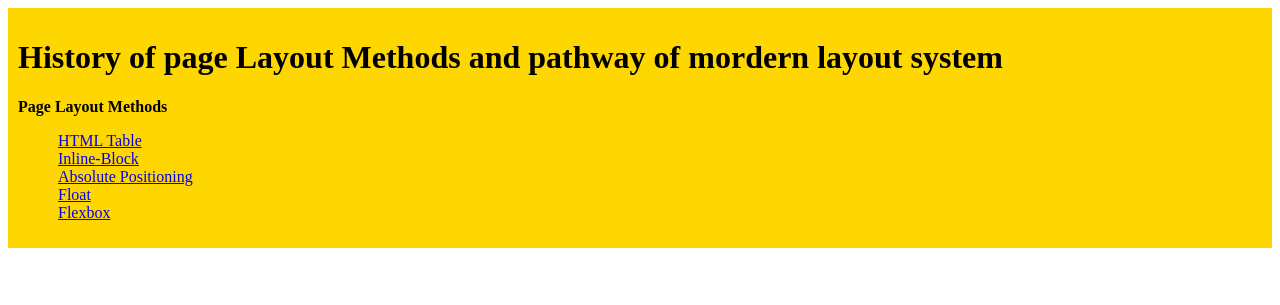
Repository: aniatot/CSS_KT
Page: 4 Display Flex/index.html
These files come from the project's save history. The page is drawn as it stood at one moment and after the next save; the edit follows.
The browser window is 1280 px wide. The pictures show the whole page.

Above is the page before, as saved 2023-10-18 21:33:51.

### 4 Display Flex/index.html
<!DOCTYPE html>
<html lang="en">

<head>
  <meta charset="UTF-8">
  <meta name="viewport" content="width=device-width, initial-scale=1.0">
  <title>Column Layout Methods</title>
  <style>
    p {
      padding: 0;
      margin: 0;
      font-weight: 700;
    }

    li {
      list-style: none;
    }

    .container {
      padding: 10px;
      background-color: gold;
    }

  </style>
</head>

<body>
  <div class="container">
    <h1>History of page Layout Methods and pathway of mordern layout system</h1>
    <p>Page Layout Methods</p>
  <ul>
    <li><a href="./html-table.html">HTML Table</a></li>
    <li><a href="./inline-block.html">Inline-Block</li>
    <li><a href="./absolute-position.html">Absolute Positioning</li>
    <li><a href="./float.html">Float</li>
    <li><a href="./flex.html">Flexbox</li>
  </ul>
  </div>
</body>

</html>

After the next save:
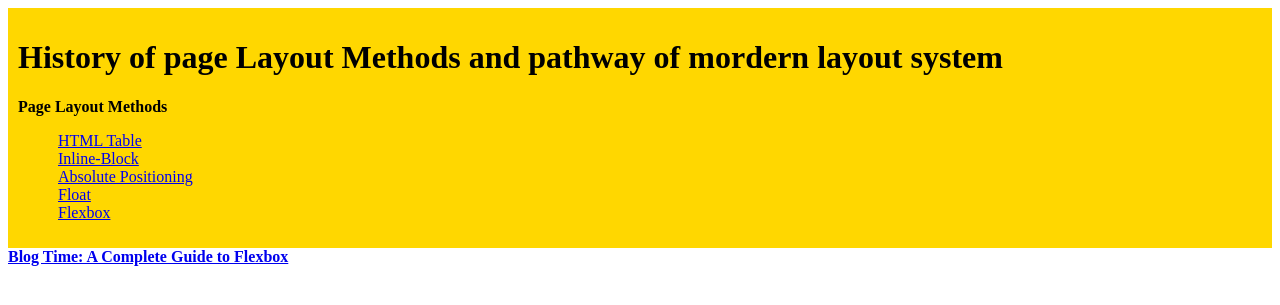
Saved 2 min 59 s later.
--- a/4 Display Flex/index.html
+++ b/4 Display Flex/index.html
@@ -36,6 +36,7 @@
     <li><a href="./flex.html">Flexbox</li>
   </ul>
   </div>
+  <p><a href="https://css-tricks.com/snippets/css/a-guide-to-flexbox/">Blog Time: A Complete Guide to Flexbox</a></p>
 </body>
 
 </html>
